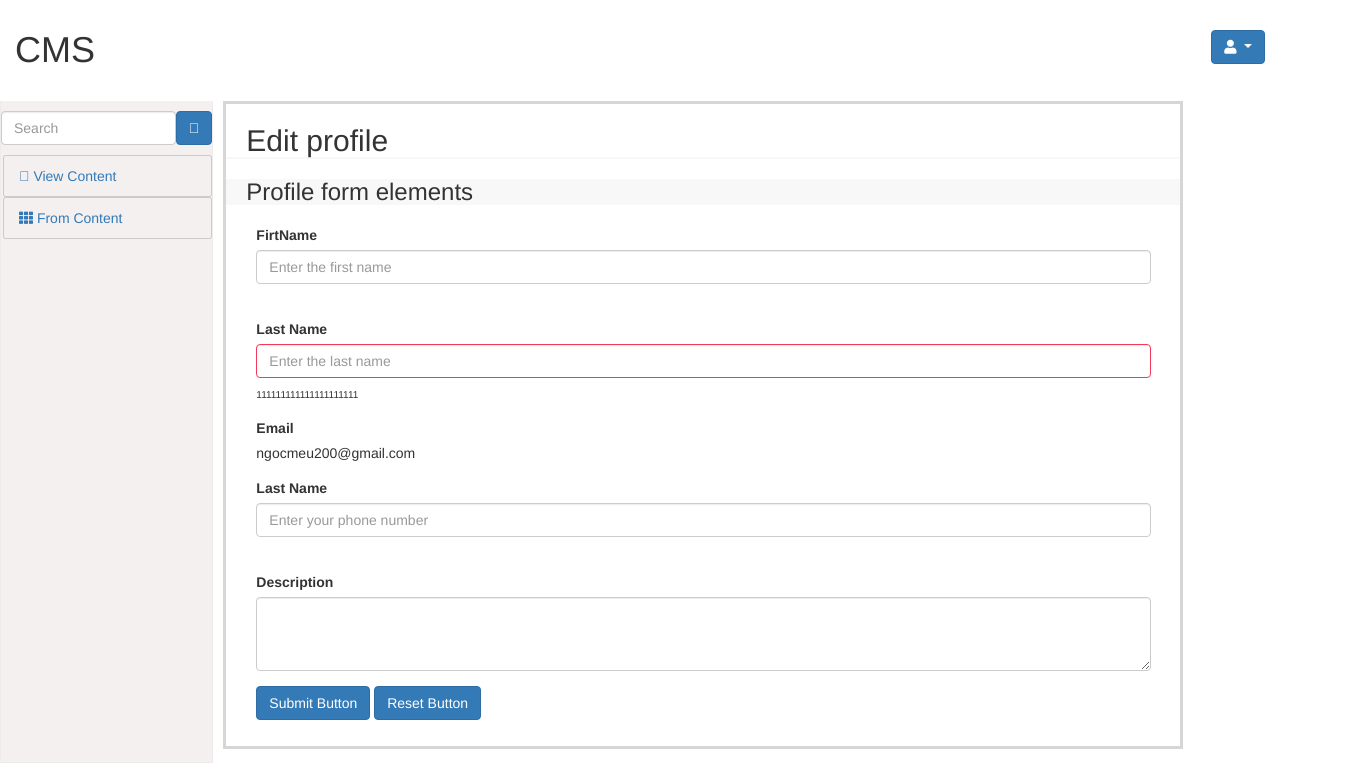
Repository: NgocNB20/travel
Page: NgocNb20_assigment8_9/edit.html
An editor plug-in stored every save of this project. The page is shown before and after the next save, followed by the edit.
The browser window is 1280 px wide. The page is 1366 px wide, so the pictures cover 1366 px, including what lies to the right of the window. The pictures show the whole page.
Some web libraries are served in a nearby version.

Above is the page before, as saved 2021-10-06 14:48:43.

After the next save:
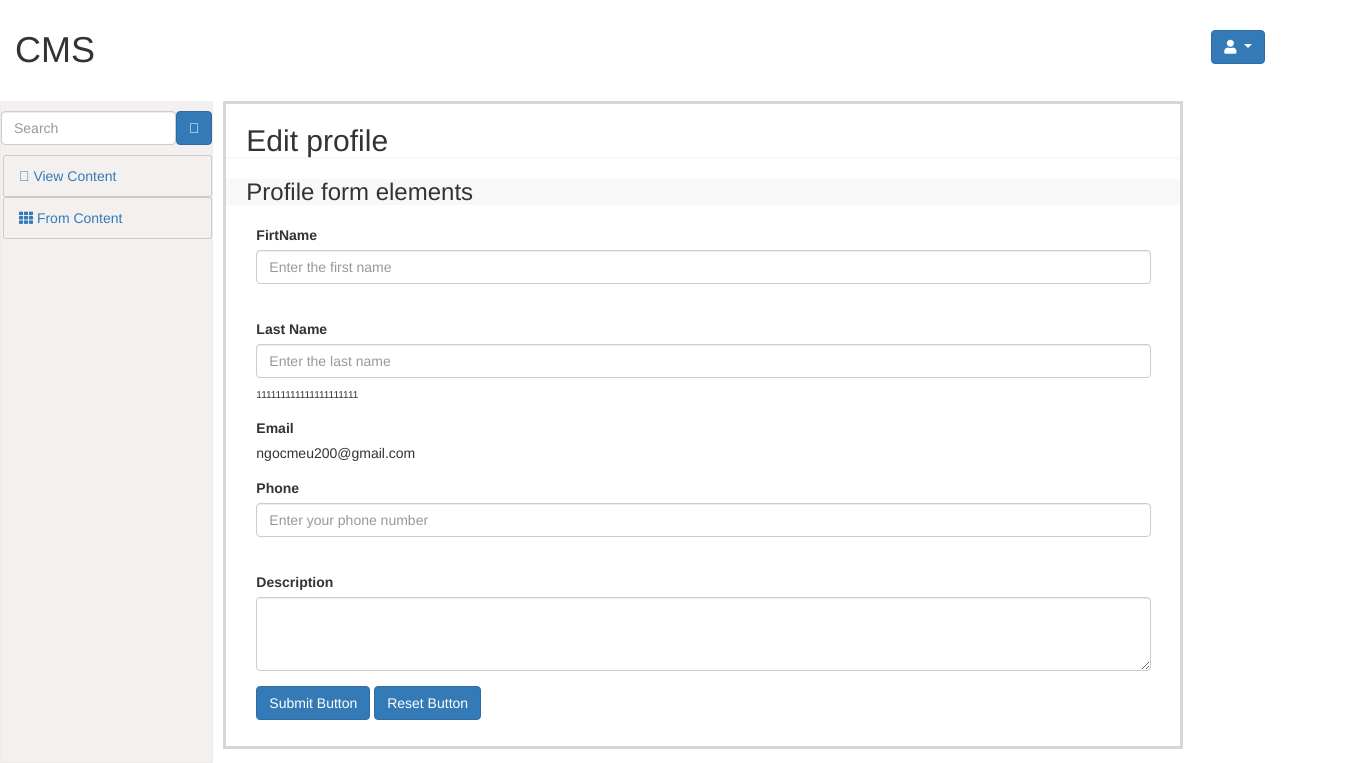
Saved 70 s later.
--- a/NgocNb20_assigment8_9/edit.html
+++ b/NgocNb20_assigment8_9/edit.html
@@ -84,7 +84,7 @@
                   </div>
                   <div class="form-group ">
                     <label for="exampleFormControlInput1" class="form-desc">Last Name</label>
-                    <input type="text" class="form-control invalid " id="exampleFormControlInput1"
+                    <input type="text" class="form-control " id="exampleFormControlInput1"
                       placeholder="Enter the last name">
                       <span class="form-message">111111111111111111111</span>
                   </div>
@@ -93,7 +93,7 @@
                      <br><span class="form-email" >ngocmeu200@gmail.com</span>
                   </div>
                   <div class="form-group ">
-                    <label for="exampleFormControlInput1" class="form-desc">Last Name</label>
+                    <label for="exampleFormControlInput1" class="form-desc">Phone</label>
                     <input type="text" class="form-control " id="exampleFormControlInput1"
                       placeholder="Enter your phone number">
                       <span class="form-message"></span>
